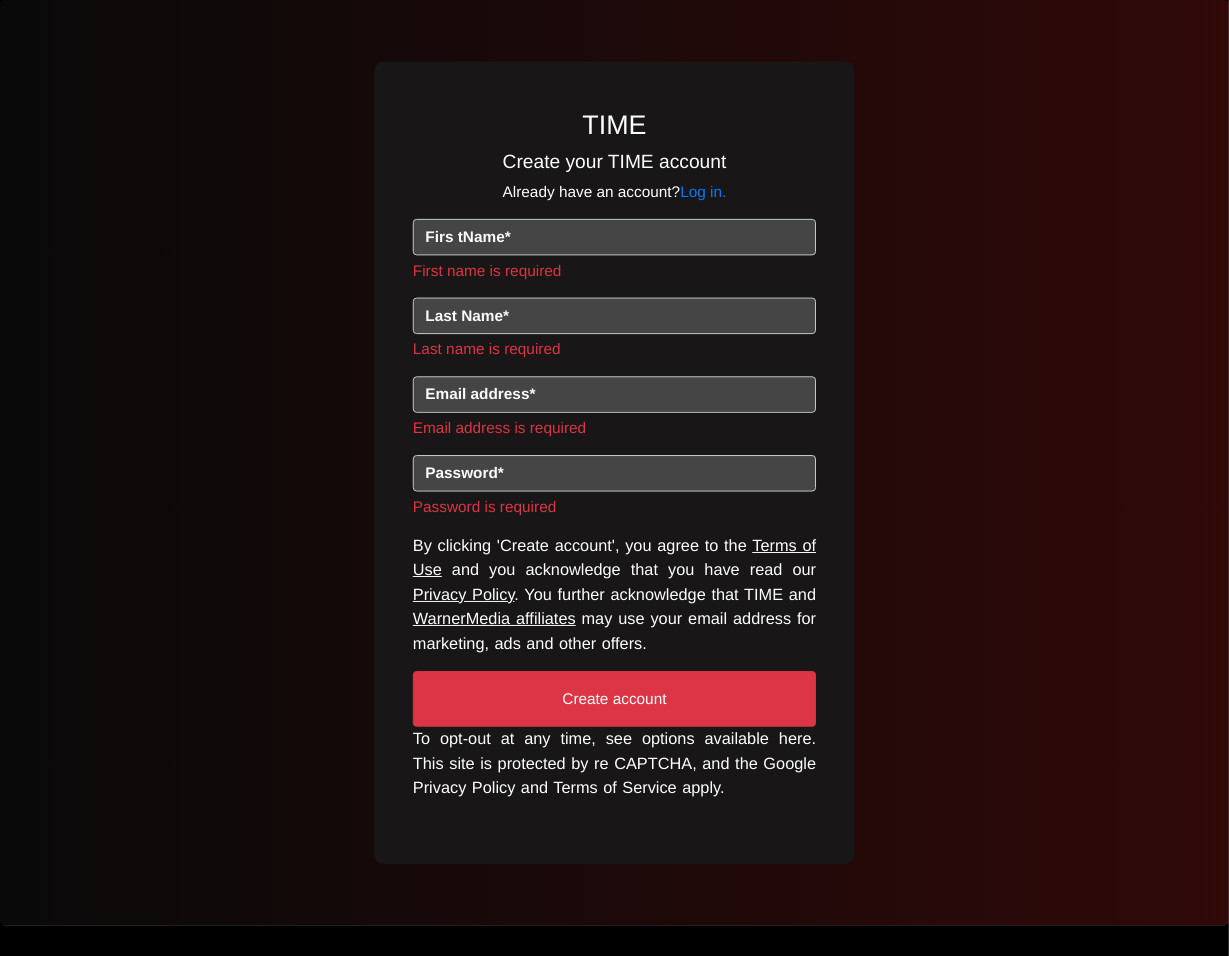
Repository: Vu14082002/WebTinTuc
Page: html/SignUp.html
An editor plug-in stored every save of this project. The page is shown before and after the next save, followed by the edit.
The browser window is 1280 px wide. The pictures show the whole page, at 96% of full size.
Some web libraries are served in a nearby version.

Above is the page before, as saved 2022-04-09 14:21:11.

### html/SignUp.html
<!DOCTYPE html>
<html lang="en">
<head>
    <meta charset="UTF-8">
    <meta http-equiv="X-UA-Compatible" content="IE=edge">
    <meta name="viewport" content="width=device-width, initial-scale=1.0">
    <title>Create a TIME account | TIME</title>
    <link
    rel="stylesheet"
    href="https://pro.fontawesome.com/releases/v5.10.0/css/all.css"
    integrity="sha384-AYmEC3Yw5cVb3ZcuHtOA93w35dYTsvhLPVnYs9eStHfGJvOvKxVfELGroGkvsg+p"
    crossorigin="anonymous"
  />
    <script src="../bootstrap-4/js/jquery-3.6.0.min.js"></script>
    <script src="../bootstrap-4/js/bootstrap.min.js"></script>
    <link rel="stylesheet" href="../bootstrap-4/css/bootstrap.min.css">
    <link rel="stylesheet" href="../css/index_Footer.css">
    <link rel="stylesheet" href="../css/init.css">
    <link rel="stylesheet" href="../css/index_Header.css">
    <link rel="stylesheet" href="../css/login.css">
    <link rel="stylesheet" href="../css/login.css">
    <link rel="icon" href="../Image/logo.png" type="image/gif" sizes="16x16">
</head>
<body>
    <div class="container-fluid jumbotron">
        <div class="box text-center">
            <h3>TIME</h3>
            <h5>Create your TIME account</h5>
            <p>Already have an account?<a href="../html/login.html">Log in.</a></p>
            <div class="form-group ">
                <input type="text" id="FirstName" placeholder="Firs tName*  " class="form-control  text-light "  required >
                <p class="text-left mt-1">
                    <span id="checkEmail"  class="checkLogin text-left text-right mb-2 text-danger" >First name is required</span>
                </p>
                <input type="text" id="LasttName" placeholder="Last Name* " class="form-control  text-light "  required >
                <p class="text-left mt-1">
                    <span id="checkEmail"  class="checkLogin text-left text-right mb-2 text-danger" >Last name is required</span>
                </p>
                <input type="text" id="email" placeholder="Email address* " onchange="checkPass()" class="form-control  text-light "  required >
                <p class="text-left mt-1">
                    <span id="checkEmail"  class="checkLogin text-left text-right mb-2 text-danger" >Email address is required <span>
                </p>
                <input type="password" id="pass"  placeholder="Password*" class="form-control text-light"  required>
                <p class="text-left mt-1">
                    <span id="checkEmail"  class="checkLogin text-left text-right mb-2 text-danger" >Password is required <span>
                </p>
                <p class=" text-justify">
                    By clicking 'Create account', you agree to the <a  class="theA" href="../html/TermsOfuse.html">Terms of Use</a> and you acknowledge that you have read our
                    <a  class="theA" href="https://www.warnermediaprivacy.com/policycenter/b2c/affiliateslist/">Privacy Policy</a>. You further acknowledge that TIME and <a  class="theA" href="../html/TermsOfuse.html">WarnerMedia affiliates</a> may use your email address for marketing,
                    ads and other offers.
                </p>
                <a href="../html/login.html"><button type="button" class="btn btn-danger w-100 p-3">Create account</button>  </a>
                <p class=" text-justify rieng">
                    To opt-out at any time, see options available here. This site is protected by re CAPTCHA, and the Google Privacy Policy and Terms of Service apply.
                </p>
            </div>

        </div>

    </div>
</body>
</html>

### css/index_Footer.css
footer {
    width: 100%;
    background-color: black;
}
.main{
    width: 85%;
    margin: 0 auto;
}
.main__top__search {
    padding-top: 60px;
    width: 100%;
}
.main__top__search >input {
    width: 100%;
    height: 35px;
    padding: 0 8px;
    border-radius: 3px ;
    outline: none;
}
.main__top__search1{
    display: flex;
    flex-direction: row-reverse;
    margin-top: -25px;
    margin-right: 10px;
    font-weight: bold;
    color: rgba(103, 85, 76,1);
    cursor: pointer;
}
.main__mid{
    margin: 35px 0px;
    margin-bottom: 40px;
}
.main__mid {
    display: flex;
    flex-wrap: wrap;
}
.main__mid > div {
    width: calc(100%/7);
    font-size: 14px;
    color: white;
    margin-bottom: 20px;

}
.main__mid > div  a {
    color: rgb(230 230 230);
    display: inline-block;
    margin-bottom: 8px;
}
.main__mid > div  > a {
    font-size: 16px;
    font-weight: 700;
    transition: 0.3s;
}
.main__mid > div  a:hover {
    text-decoration: underline;
    color: white;
}
.main__bottom {
    border-top: 1px solid rgb(230, 230, 230);
    display: flex;
    flex-direction: row-reverse;
    padding: 40px 0px;
}
.main__bottom > div > a, .main__bottom > div{
    width: 3%;
    max-width: 15%;
    margin: 5px;
    font-size: 25px;
    color: rgb(230, 230, 230)
}
.main__bottom > div >a :hover{
    color: white;
}
.main__bottom > div:last-child{
    font-weight: bold;
    font-size: 20px;
    text-align: center;
    width: 20%;
    margin-right: 10px;
    border-right: 1px solid rgb(230, 230, 230) ;
}

### css/init.css
* {
    font-family: Helvetica, Helvetica, Arial, sans-serif;
    box-sizing: border-box;
    list-style-type: none;
    margin: 0;
    padding: 0;
    text-decoration:  none;
  }

### css/index_Header.css
/* HEADER */
header{
    position: sticky; top: 0;
}
.gif {
  background-color: #262626;
  width: 100%;
  height: 300px;
  padding: 25px;
  text-align: center;
  margin-top: 0px;

}
 .gif > img {
    display: inline-block;
    margin: 0 auto;
}
header > section {
  border-bottom: 1px solid rgb(230 230 230);

  width: 100%;
  background-color: #0c0c0c;
  display: flex;
  height: 56px;
}
header > section > nav {
    display: flex;
    /* border-bottom: 1px solid white; */
    width: 85%;
    margin:0  auto ;

}
header > section > nav > ul:first-child{
    width: 80%;
    display: flex;
}
header > section > nav > ul:last-child{
    display: flex;
    flex-direction:  row-reverse;
    width: 20%;
}

header > section > nav> ul > li{
    max-width: 300px;
}
/* paddingMenu */
header > section > nav> ul> li:first-child{
    background: #CC0000;
    padding-bottom: 55px;
}
header > section > nav> ul > li > a {
    font-size: 16px;
    text-decoration:  none;
    display: block;
    padding: 18px;
    color: #e4dfd7;
}
header > section > nav> ul > li:first-child > a{
    color: white;
}
header > section > nav> ul > li > a:hover{
    color: white;
}

### css/login.css
body{
    background-color: black;
}
.container-fluid{
    background-image: linear-gradient(to right, #090909 , #300909);
    border-radius: none;
}
.box{
    width: 500px;
    margin: 0 auto;
    background-color: #181616;
    padding: 50px 40px;
        color: white;
    border-radius: 10px;
}
.box input[type="text"],.box input[type="password"]{
    background-color: #464546;
}
.checkLogin{
    color: rgb(207, 90, 90);
}
.box ::placeholder {
    font-weight: 700;
    color: #fafdfd;
    opacity: 1; /* Firefox */
}
.box  :-ms-input-placeholder { /* Internet Explorer 10-11 */
    color: #fafdfd;
}
.box ::-ms-input-placeholder { /* Microsoft Edge */
    color: #fafdfd;
}
.box input:focus{
    color: #fafdfd;
}
.search{
    margin-top: -3px;
}
button > a{
    text-decoration: none;
    color: white;
}
.theA{
    color: white;
    text-decoration:underline;
}
.theA:hover{
    color: #d7d8d8;
}
.text-justify{
    font-size: 17px;
    word-spacing: 1px;
}
.rieng{

}

Loaded but not shown: bootstrap-4/js/jquery-3.6.0.min.js (library); bootstrap-4/js/bootstrap.min.js (library); bootstrap-4/css/bootstrap.min.css (library)

After the next save:
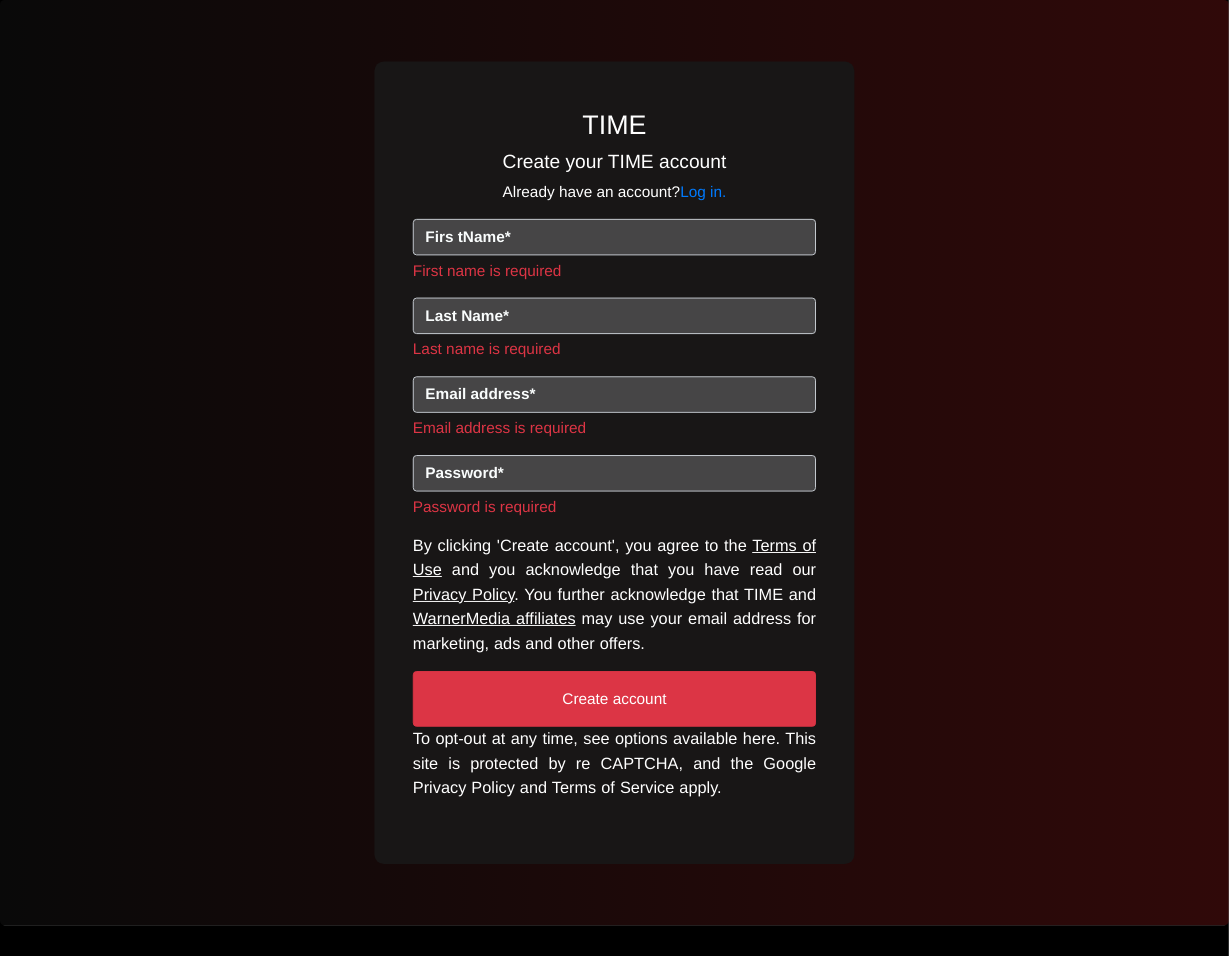
Saved 10 s later.
--- a/css/login.css
+++ b/css/login.css
@@ -49,7 +49,7 @@
 }
 .text-justify{
     font-size: 17px;
-    word-spacing: 1px;
+    word-spacing: 0.5px;
 }
 .rieng{
 
